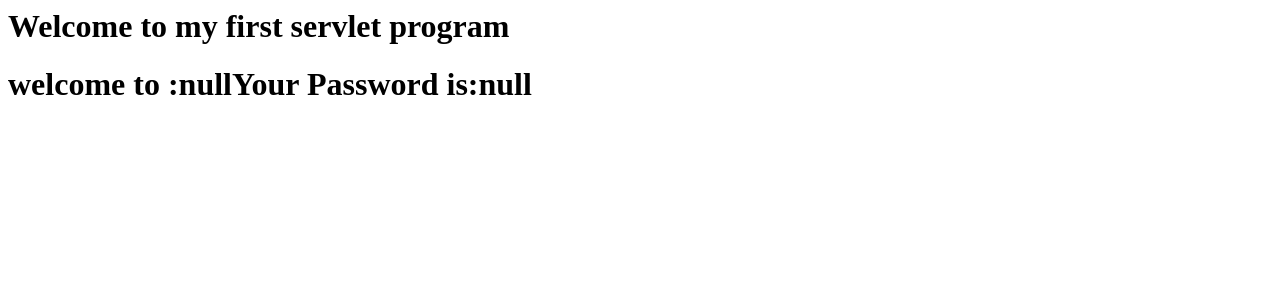
Repository: riyabisht11/AdvanceJavaTraining
Page: http://localhost/SecondServletProject/WelcomeBack
These files come from the project's save history. The page is drawn as it stood at one moment and after the next save; the edit follows.
The browser window is 1280 px wide. The pictures show the whole page.
The page is served by Tomcat 9.

Above is the page before, as saved 2023-02-14 10:34:25.

After the next save:
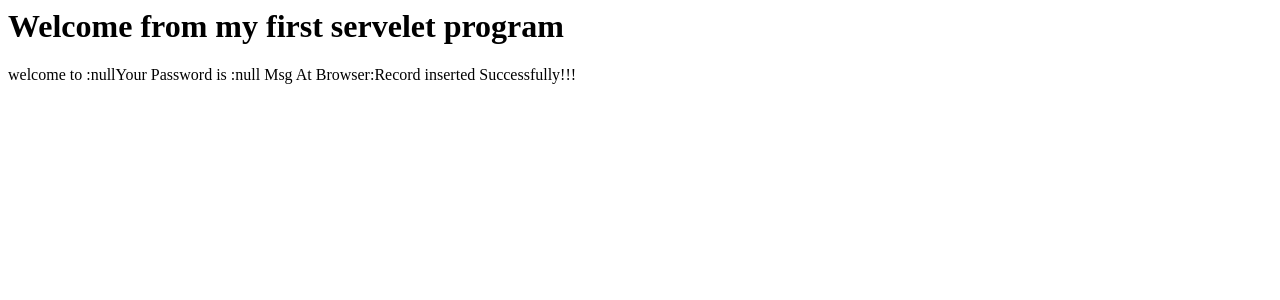
Saved 17 h 49 min later.
--- a/SecondServletProject/src/secondservlet/WelcomeBack.java
+++ b/SecondServletProject/src/secondservlet/WelcomeBack.java
@@ -4,6 +4,7 @@ import java.io.IOException;
 import java.io.PrintWriter;
 import java.sql.Connection;
 import java.sql.DriverManager;
+import java.sql.PreparedStatement;
 import java.sql.Statement;
 
 import javax.servlet.ServletException;
@@ -21,27 +22,40 @@ public class WelcomeBack extends HttpServlet {
 	 * @see HttpServlet#doGet(HttpServletRequest request, HttpServletResponse response)
 	 */
 	protected void doGet(HttpServletRequest request, HttpServletResponse response) throws ServletException, IOException {
-		PrintWriter out=response.getWriter();
-		response.setContentType("text/html");
-		out.print("<html><body>");
-		out.print("<h1>Welcome to my first servlet program<h1>");
-		out.print("</body></html>");
-		String uname=request.getParameter("uname");
-		String password=request.getParameter("pwd");
-		out.print("welcome to :"+uname);
-		out.print("Your Password is:"+password);
-		try {
-			Class.forName("com.cj.jdbc.Driver");
-			Connection con=DriverManager.getConnection("jdbc:mysql://localhost:3306/Servlet","root","root");
-			Statement s=con.createStatement();
-			boolean b=s.execute("insert into login values(uname,pwd)");
-			if(b) {
-				out.print("Record inserted successfully!! at browser");
-				System.out.println("Record inserted successfully at console!!");
-			}
-		}
-		catch(Exception e) {
-	}
+
+
+				PrintWriter out=response.getWriter();
+				response.setContentType("text/html");
+				out.print("<html><body>");
+				out.print("<h1>Welcome from my first servelet program</h1>");
+				out.print("</body></html>");
+				String uname =request.getParameter("uname");
+				String password=request.getParameter("pwd");
+				out.print("welcome to :"+uname);
+				out.print("Your Password is :"+password);
+				try {
+				Class.forName("com.mysql.cj.jdbc.Driver");
+				String url="jdbc:mysql://localhost:3306/Servlet";
+				Connection con=DriverManager.getConnection(url,"root","root");
+				PreparedStatement ps=con.prepareStatement("insert into login1 values(?,?)");
+				ps.setString(1,uname);
+				ps.setString(2,password);
+
+				ps.executeUpdate();
+				ps.close();
+				con.close();
+
+			//	if(b) {
+					out.print("\nMsg At Browser:Record inserted Successfully!!!");
+					System.out.println("\nMsg At Console:Record inserted Successfully!!!");
+			//	}
+
+				}
+				catch(Exception e) {}{
+
+				}
+
+
 
 	}
 
